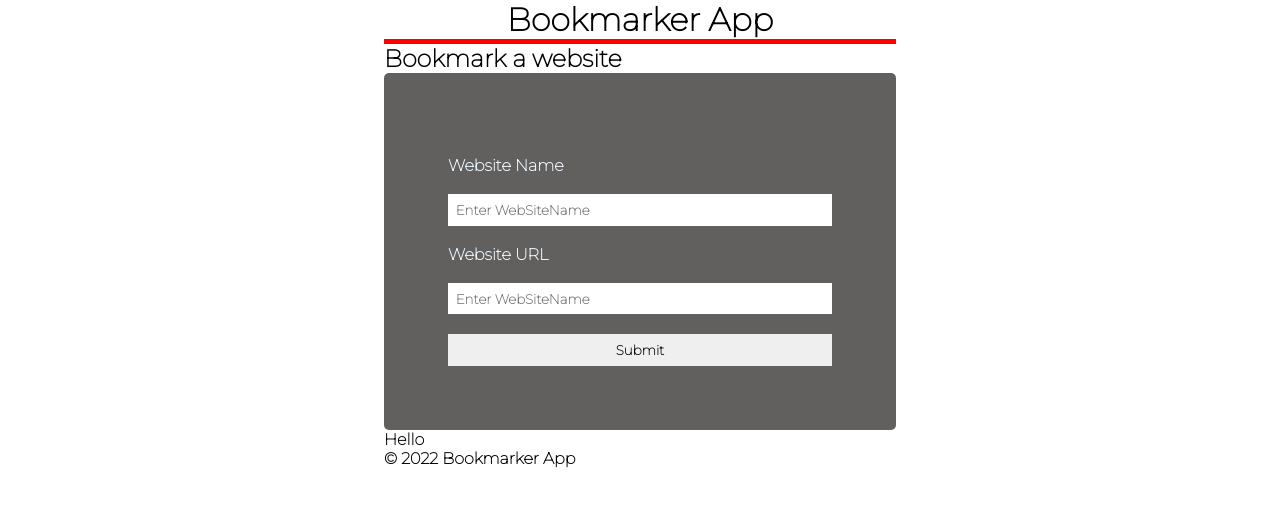
Repository: Suporl9/BookMarkerApp
Page: index.html
The author's editor kept a copy of each file at every save. The page is drawn from the files as they stood at one save, then again after the next save.
The browser window is 1280 px wide. The pictures show the whole page.

Above is the page before, as saved 2021-11-21 21:09:50.

### index.html
<!DOCTYPE html>
<html lang="en">
  <head>
    <meta charset="UTF-8" />
    <meta http-equiv="X-UA-Compatible" content="IE=edge" />
    <meta name="viewport" content="width=device-width, initial-scale=1.0" />
    <link rel="stylesheet" href="./style.css" />
    <title>Document</title>
  </head>
  <body>
    <div class="container">
      <div class="innerContainer">
        <div class="ininContainer">
          <div class="bookmarkerSection"><h1>Bookmarker App</h1></div>
          <!-- <h1>Bookmarker App</h1> -->
          <div class="vh"></div>
          <div class="formInput">
            <form class="formSec">
              <h2>Bookmark a website</h2>
              <div class="sitesec">
                <label class="labc" name="siteName">Website Name</label>
                <input
                  type="text"
                  name="sitename"
                  placeholder="Enter WebSiteName"
                  class="inpClass"
                />
                <label class="labc" name="siteName">Website URL</label>
                <input
                  type="text"
                  name="sitename"
                  class="inpClass"
                  placeholder="Enter WebSiteName"
                />
                <button class="submBtn">Submit</button>
              </div>
            </form>
          </div>
          <div class="toBeAdded">Hello</div>
          <footer class="footer">
            <p>&copy; 2022 Bookmarker App</p>
          </footer>
        </div>
      </div>
    </div>
  </body>
</html>

### style.css
@import url("https://fonts.googleapis.com/css2?family=Montserrat:wght@100&display=swap");

:root {
  --main-bg-color: rgb(255, 255, 255);
  --main-grey: rgb(97, 96, 95);
}
* {
  font-family: "Montserrat", sans-serif;
  box-sizing: border-box; /* includes padding in height and width(the box outside doesnot get bigger when adding padding and stuff)*/
  margin: 0;
  padding: 0;
  font-weight: bold;
  border: none;
}
body {
  width: 80%;
  margin: auto;
}
.container {
  font-family: "Montserrat", sans-serif;

  display: flex;
  justify-content: center;
}
.innerContainer {
  /* display: flex;
  flex-direction: column; */
  width: 50%;
  margin: auto;
  /* justify-content: center;
  align-self: center; */
}
.ininContainer {
  display: flex;
  flex-direction: column;
  /* align-content: center; */
  /* justify-content: center; */
}
.bookmarkerSection {
  display: flex;
  justify-content: center;
}
.vh {
  border-bottom: 5px solid red;
}
.formSec {
  display: flex;
  flex-direction: column;
  /* width: 0%; */
}
.sitesec {
  display: flex;
  flex-direction: column;
  background-color: var(--main-grey);
  padding: 4rem;
  border-radius: 5px;
  color: aliceblue;
}
.submBtn {
  margin-top: 5%;
  padding: 0.5rem;
}
.inpClass {
  margin-top: 5%;
  padding: 2%;
}
.labc {
  margin-top: 5%;
}
/* .formSec,
.sitesec {
  display: flex;
  flex-direction: column;
} */
/* .sitesec {
  display: flex;
  flex-direction: column;
}
 */

After the next save:
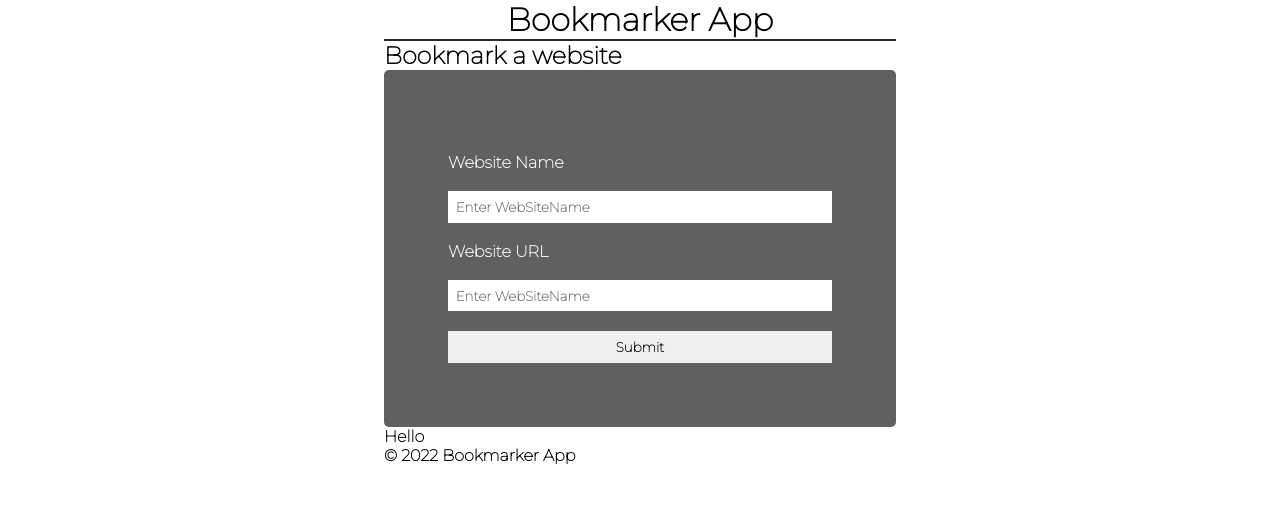
Saved 10 s later.
--- a/style.css
+++ b/style.css
@@ -41,7 +41,7 @@ body {
   justify-content: center;
 }
 .vh {
-  border-bottom: 5px solid red;
+  border-bottom: 2px solid rgb(43, 42, 42);
 }
 .formSec {
   display: flex;
